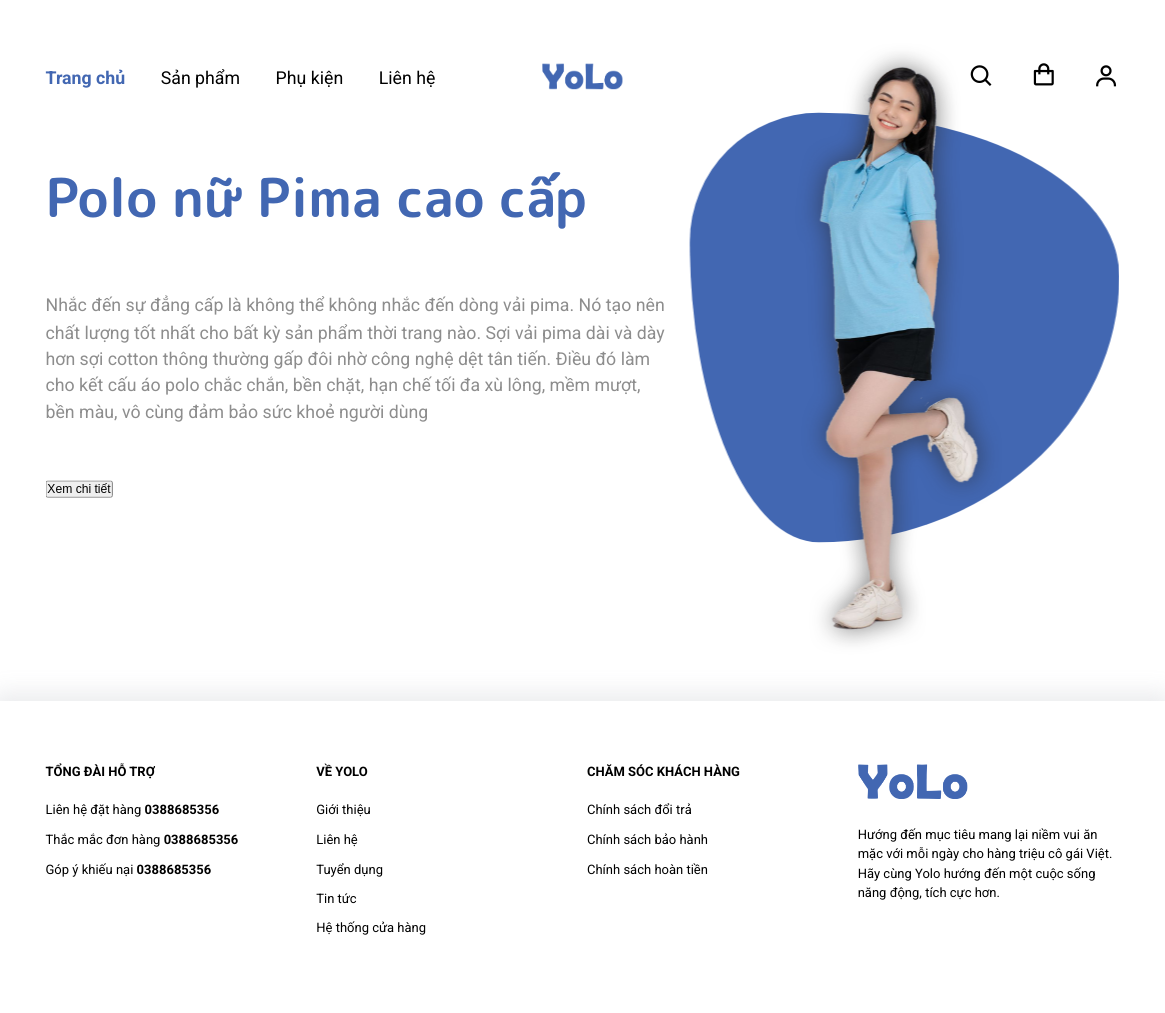
Repository: NguyenThanhBinh1210/Binh-React
Page: / (app in yoloshop/)
The author's editor kept a copy of each file at every save. The page is drawn from the files as they stood at one save, then again after the next save.
The browser window is 1280 px wide. The pictures show the whole page, at 91% of full size.
The project was rebuilt for these pictures with package versions that can differ from the ones it lists, and the page was loaded fresh each time. A package was used in the major version that the imports need, not the one package.json lists. Also part of the build but not shown: yoloshop/src/pages/Product.jsx, yoloshop/src/pages/Catalog.jsx, yoloshop/src/pages/Cart.jsx, yoloshop/src/pages/Accessory.jsx, yoloshop/src/pages/Contact.jsx.

Above is the page before, as saved 2021-11-25 12:27:40.

After the next save:
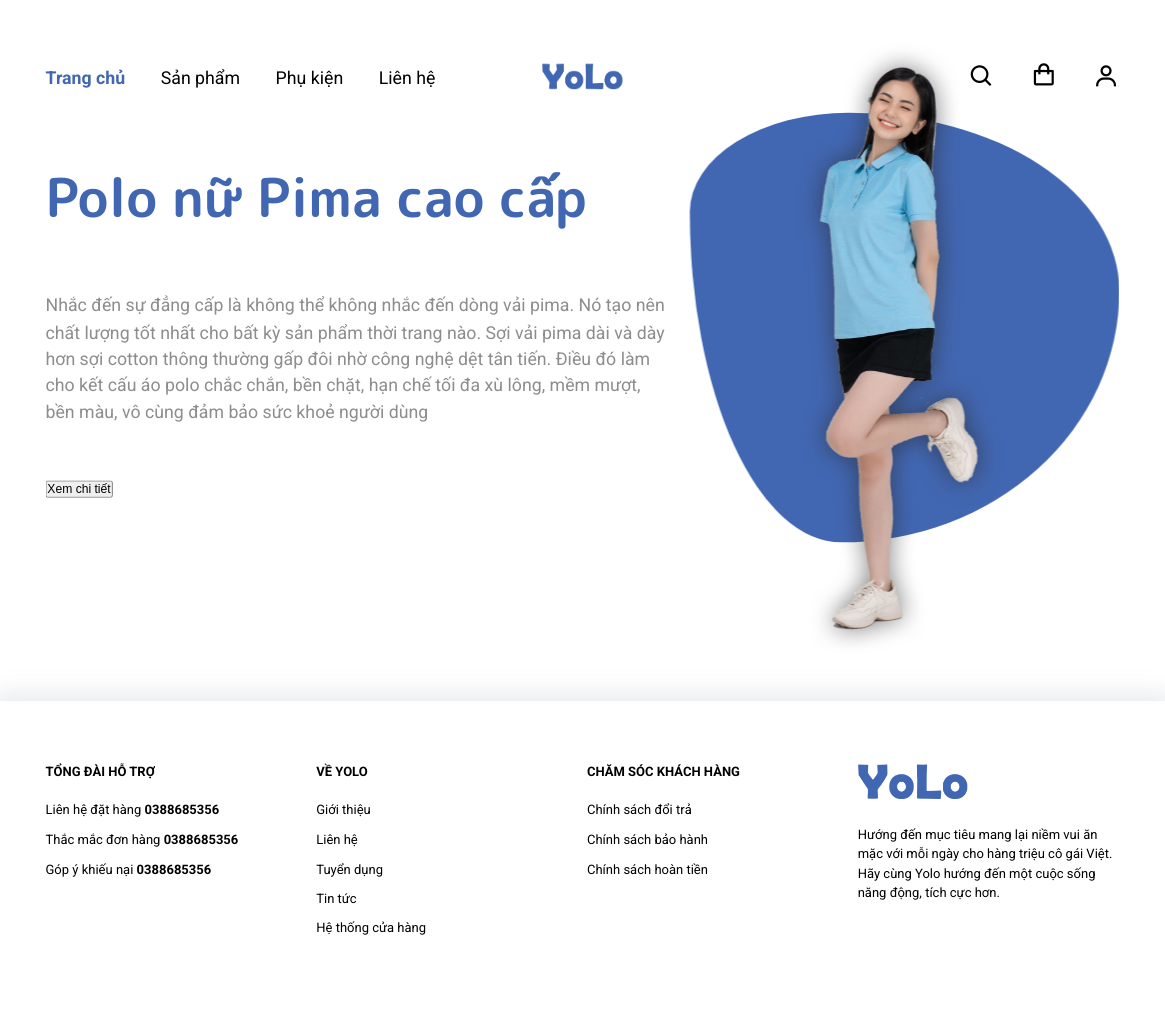
Saved 43 s later.
--- a/yoloshop/src/sass/components/_hero-slider.scss
+++ b/yoloshop/src/sass/components/_hero-slider.scss
@@ -83,6 +83,7 @@
 		border-radius: 30% 70% 70% 30% / 30% 38% 62% 70%;
 	}
 	50% {
+		border-radius: 38% 62% 64% 36% / 22% 42% 58% 78%;
 	}
 	100% {
 	}
